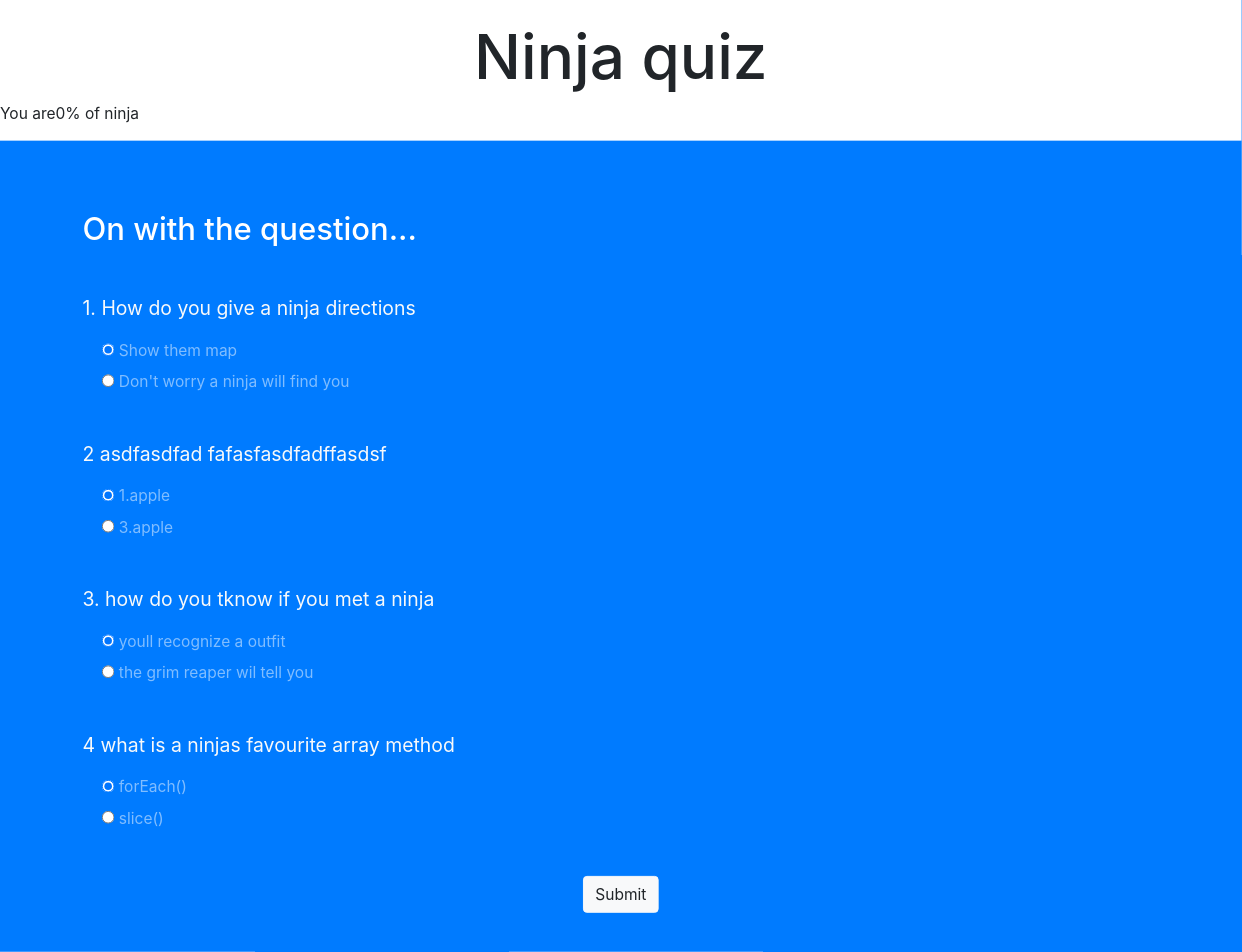
Repository: ajgors/config
Page: Nauka Js/Projekty/Quiz/index.html
The author's editor kept a copy of each file at every save. The page is drawn from the files as they stood at one save, then again after the next save.
The browser window is 1280 px wide. The pictures show the whole page, at 97% of full size.

Above is the page before, as saved 2019-08-11 18:13:41.

### Nauka Js/Projekty/Quiz/index.html
<!DOCTYPE html>
<html lang="en">

<head>
    <meta charset="UTF-8">
    <meta name="viewport" content="width=device-width, initial-scale=1.0">
    <meta http-equiv="X-UA-Compatible" content="ie=edge">
    <title>Document</title>
    <link rel="stylesheet" href="https://stackpath.bootstrapcdn.com/bootstrap/4.3.1/css/bootstrap.min.css"
        integrity="sha384-ggOyR0iXCbMQv3Xipma34MD+dH/1fQ784/j6cY/iJTQUOhcWr7x9JvoRxT2MZw1T" crossorigin="anonymous">
        <link rel="stylesheet" href="css.css">
</head>

<body>
    <!-- Header -->
    <!-- <div class="intro py-3 bg-white text-center">
        <div class="container">
            <h2 class="text-primary display-3 my-4">Ninja Quiz</h2>
        </div>
    </div> -->

    <header class="header">
        <h1 class="header__title">Ninja quiz</h1>
    </header>

    <!-- Result -->
    <!-- <div class="result py-4 d-none bg-light text-center">
        <div class="container lead">
            <p>You are <span class="text-primary display-4 p-3">0%</span>Ninja</p>
        </div>
    </div> -->

    <div class="result">
        <p>You are<span>0%</span> of ninja</p>
    </div>

    <!-- Form -->
    <div class="quiz py-4 bg-primary">
        <div class="container">
            <h2 class="my-5 text-white">On with the question...</h2>
            <form action="" class="quiz-form text-light">
                <div class="my-5">
                    <p class="lead font-weight-normal">1. How do you give a ninja directions</p>
                    <div class="form-check my-2 text-white-50">
                        <input type="radio" name='q1' value='A' checked>
                        <label for="" class="form-check-label">Show them map</label>
                    </div>
                    <div class="form-check my-2 text-white-50">
                        <input type="radio" name='q1' value='B'>
                        <label for="" class="form-check-label">Don't worry a ninja will find you</label>
                    </div>
                </div>
                <div class="my-5">
                    <p class="lead font-weight-normal">2 asdfasdfad fafasfasdfadffasdsf</p>
                    <div class="form-check my-2 text-white-50">
                        <input type="radio" name='q2' value='A' checked>
                        <label for="" class="form-check-label">1.apple</label>
                    </div>
                    <div class="form-check my-2 text-white-50">
                        <input type="radio" name='q2' value='B'>
                        <label for="" class="form-check-label">3.apple</label>
                    </div>
                </div>
                <div class="my-5">
                    <p class="lead font-weight-normal">3. how do you tknow if you met a ninja</p>
                    <div class="form-check my-2 text-white-50">
                        <input type="radio" name='q3' value='A' checked>
                        <label for="" class="form-check-label">youll recognize a outfit</label>
                    </div>
                    <div class="form-check my-2 text-white-50">
                        <input type="radio" name='q3' value='B'>
                        <label for="" class="form-check-label">the grim reaper wil tell you</label>
                    </div>
                </div>
                <div class="my-5">
                    <p class="lead font-weight-normal">4 what is a ninjas favourite array method</p>
                    <div class="form-check my-2 text-white-50">
                        <input type="radio" name='q4' value='A' checked>
                        <label for="" class="form-check-label">forEach()</label>
                    </div>
                    <div class="form-check my-2 text-white-50">
                        <input type="radio" name='q4' value='B'>
                        <label for="" class="form-check-label">slice()</label>
                    </div>
                </div>
                <div class="text-center">
                    <input type="submit" class='btn btn-light'>
                </div>
            </form>
        </div>


        <div class="xd">
            <p class="xd"></p>
        </div>
    </div>

    <script src="js.js"></script>
</body>

</html>

### Nauka Js/Projekty/Quiz/css.css
.header__title{
    text-align: center;
    margin-top:  20px;
    font-size: 4em;
}

### Nauka Js/Projekty/Quiz/js.js




const form = document.querySelector('.quiz-form');
const result = document.querySelector('.result');
const correctAnswers = ['B','B','B','B'];
const spanResult = document.querySelector('span');

form.addEventListener('submit', e=>{
    e.preventDefault();

    //check answer
    let score = 0;
    const userAnswers = [form.q1.value, form.q2.value, form.q3.value, form.q4.value];

    userAnswers.forEach((answer, index) =>{
        if(answer === correctAnswers[index]){
            score += 25;
        }
    });

    scrollTo(0,0)
    result.classList.remove('d-none');
    // spanResult.textContent = `${score}%`

    let output = 0;
    const timer = setInterval(()=>{
        spanResult.textContent = `${output}%`
        if(output === score){
            clearInterval(timer);
        } else {
            output++;
        }
    })


})

After the next save:
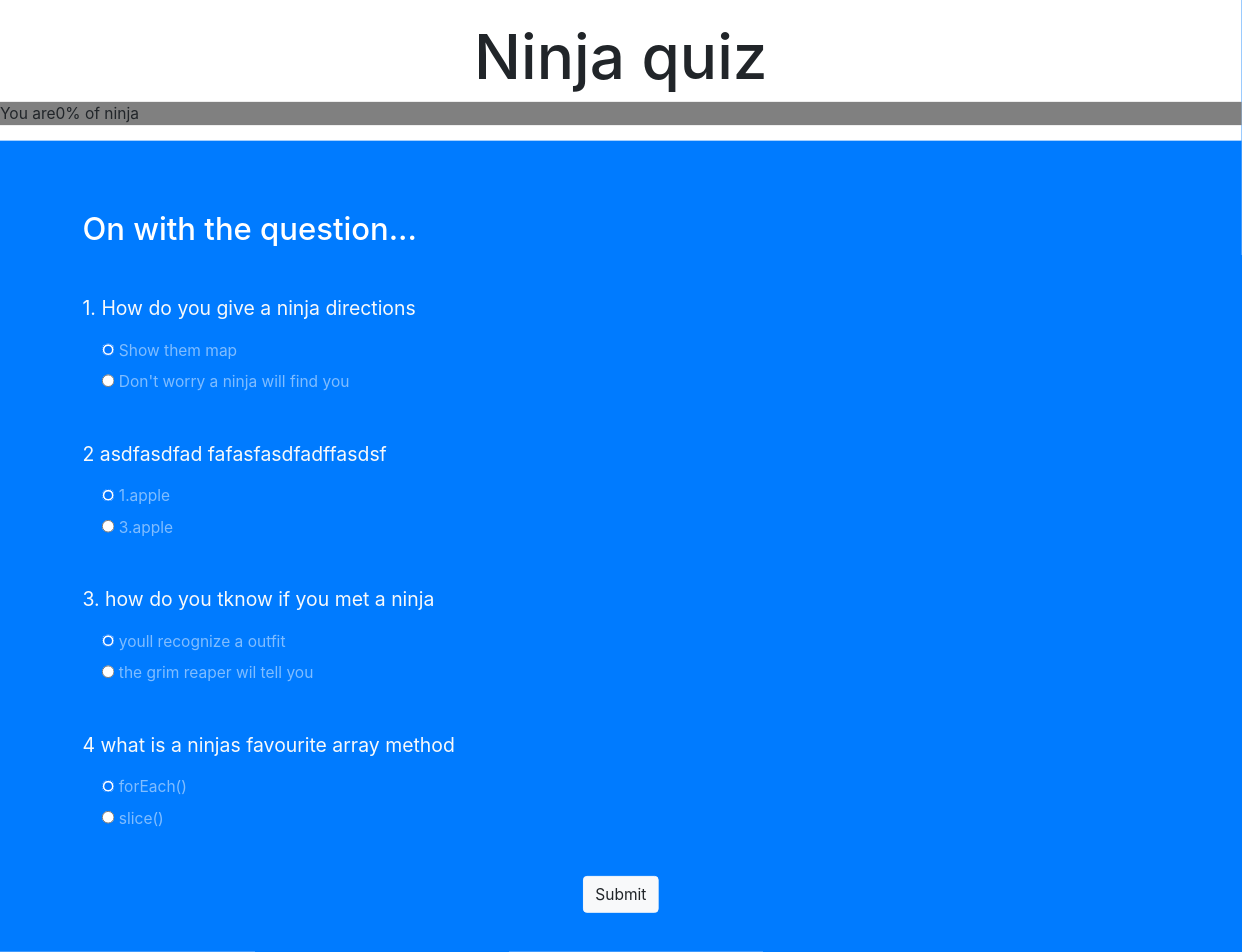
Saved 27 s later.
--- a/Nauka Js/Projekty/Quiz/css.css
+++ b/Nauka Js/Projekty/Quiz/css.css
@@ -3,3 +3,7 @@
     margin-top:  20px;
     font-size: 4em;
 }
+
+.result{
+    background-color: grey;
+}
